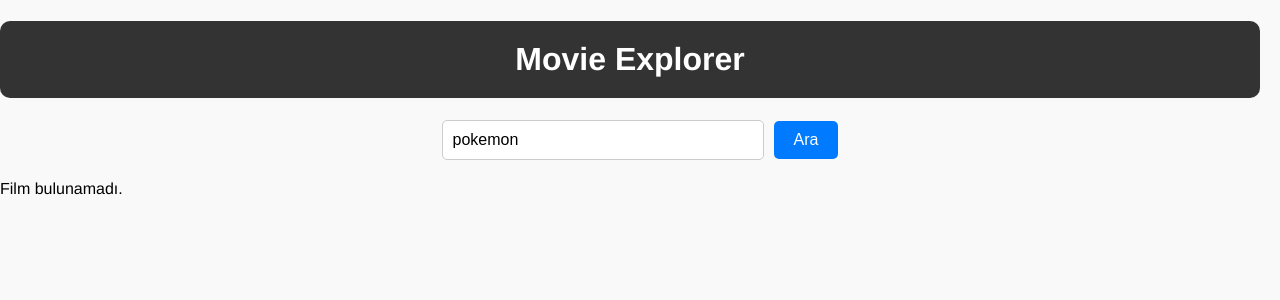
Repository: denizdizi/movie-explorer
Page: /
These files come from the project's save history. The page is drawn as it stood at one moment and after the next save; the edit follows.
The browser window is 1280 px wide. The pictures show the whole page.
The page's requests for data from a server got no answer. The project was rebuilt for these pictures with package versions that can differ from the ones it lists, and the page was loaded fresh each time. No one was signed in, and anything a server would have sent is missing. Also part of the build but not shown: src/App.css, src/components/MovieCard.js.

Above is the page before, as saved 2025-03-28 11:15:12.

### src/index.js
import React from 'react';
import ReactDOM from 'react-dom/client';
import './index.css';
import App from './App';
import reportWebVitals from './reportWebVitals';
import { Provider } from 'react-redux';
import store from "./store/store";

const root = ReactDOM.createRoot(document.getElementById('root'));
root.render(
  <Provider store={store}>
    <App />
  </Provider>
);

// If you want to start measuring performance in your app, pass a function
// to log results (for example: reportWebVitals(console.log))
// or send to an analytics endpoint. Learn more: https://bit.ly/CRA-vitals
reportWebVitals();

### src/App.js
import './App.css';
import React from "react";
import { BrowserRouter as Router, Routes, Route } from "react-router-dom";
import Home from "./pages/Home";
import "./styles/global.scss";

function App() {
  return (
    <Router>
      <Routes>
        <Route path="/" element={<Home />} />
        {/* <Route path="/movie/:id" element={<MovieDetails />} /> */}
      </Routes>
    </Router>
  );
}

export default App;

### src/store/store.js
import { createStore, applyMiddleware, combineReducers } from "redux";
import { thunk } from "redux-thunk";
import movieReducer from "./reducers";

const rootReducer = combineReducers({
  movies: movieReducer,
});

const store = createStore(rootReducer, applyMiddleware(thunk));

export default store;

### src/pages/Home.js
import React, { useEffect } from "react";
import { useDispatch, useSelector } from "react-redux";
import { fetchMovies } from "../store/actions";
import MovieList from "../components/MovieList";
import SearchBar from "../components/SearchBar";

const Home = () => {
  const dispatch = useDispatch();
  const { movies, loading, error } = useSelector((state) => state.movies);

  useEffect(() => {
    dispatch(fetchMovies("pokemon")); // Varsayılan olarak bir film listesi getir
  }, [dispatch]);

  return (
    <div>
      <h1 className="page-title">Movie Explorer</h1>
      <SearchBar />
      {loading && <p>Yükleniyor...</p>}
      {error && <p>Hata: {error}</p>}
      <MovieList movies={movies} />
    </div>
  );
};

export default Home;

### src/styles/global.scss
body {
    font-family: 'Franklin Gothic Medium', 'Arial Narrow', Arial, sans-serif;
    background-color: #f9f9f9;
}

.movie-list {
    justify-content: center;
}

.movie-line {
  display: flex;
  align-items: center;
  margin-bottom: 2em;
  background-color: #f9f9f9;
  gap: 2em;
  justify-content: center;
}

.movie-card {
  width: 200px; /* Kartın genişliği */
  height: 300px; /* Kartın yüksekliği */
  border-radius: 10px; /* Köşeleri yuvarlat */
  box-shadow: 0 4px 8px rgba(0, 0, 0, 0.2); /* Gölgelendirme */
  overflow: hidden; /* İçerik taşmasını engelle */
  background-color: #fff; /* Arka plan beyaz */
  display: flex;
  flex-direction: column; /* İçeriği dikey yerleştir */
  align-items: center;
  justify-content: flex-start; /* Başlık ve içerikler üst kısımda yer alsın */
  padding: 10px;
  border: 1px solid #ddd; /* Çerçeve */
}

.img-container {
  width: 100%; /* Konteynerin genişliği */
  height: 60%; /* Resmin yüksekliği */
  overflow: hidden;
  padding: 0; /* Paddingi sıfırlayın */
  display: flex;
  justify-content: center;
  align-items: center; /* Resmin ortalanması için */
  border-radius: 5px;
}

.img-container img {
  width: 100%;
  height: 100%;
  object-fit: cover; /* Resmi konteynere tam sığdır */
  object-position: center;
}

.movie-card h3 {
  margin-top: 10px;
  font-size: 16px;
  text-align: center;
}

@media (max-width: 700px) {
  .movie-line {
    flex-direction: column;
  }

  .img-container {
    height: 60%; /* Küçük ekranlarda img-container yüksekliğini azaltın */
  }
}

.search-bar {
    display: flex;
    align-items: center;
    justify-content: center;
    margin: 20px 0;
  }

  .input-wrapper {
    display: flex;
    position: relative;
  }

  .search-input {
    padding: 10px;
    font-size: 1rem;
    border-radius: 5px;
    border: 1px solid #ccc;
    width: 300px;
    transition: all 0.3s ease;
  }

  .search-input:focus {
    border-color: #007bff;
    outline: none;
  }

  .clear-btn {
    position: absolute;
    top: 50%;
    right: 10px;
    transform: translateY(-50%);
    background: none;
    border: none;
    font-size: 18px;
    color: #ccc;
    cursor: pointer;
    transition: color 0.3s;
  }

  .clear-btn:hover {
    color: #007bff;
  }

  .search-btn {
    padding: 10px 20px;
    background-color: #007bff;
    color: white;
    border: none;
    border-radius: 5px;
    cursor: pointer;
    margin-left: 10px;
    font-size: 1rem;
  }

  .search-btn:hover {
    background-color: #0056b3;
  }

  .page-title {
    background-color: #333; /* Başlık arkaplan rengini koyu gri yapıyoruz */
    color: #fff; /* Yazı rengini beyaz yapıyoruz */
    padding: 20px; /* Arka planın etrafına biraz boşluk ekliyoruz */
    font-size: 2em; /* Başlık boyutunu büyütüyoruz */
    margin-right: 20px; /* Yazıya sağdan biraz boşluk ekliyoruz */
    text-align: center; /* Başlığı ortalıyoruz */
    border-radius: 10px; /* Köşelere yuvarlaklık ekliyoruz */
  }

### src/store/reducers.js
import { FETCH_MOVIES_REQUEST, FETCH_MOVIES_SUCCESS, FETCH_MOVIES_FAILURE } from "./actions";

const initialState = {
  movies: [],
  loading: false,
  error: null,
};

const movieReducer = (state = initialState, action) => {
  switch (action.type) {
    case FETCH_MOVIES_REQUEST:
      return { ...state, loading: true };
    case FETCH_MOVIES_SUCCESS:
      return { ...state, loading: false, movies: action.payload };
    case FETCH_MOVIES_FAILURE:
      return { ...state, loading: false, error: action.payload };
    default:
      return state;
  }
};

export default movieReducer;

### src/store/actions.js
import { searchMovies } from "../utils/api";

export const FETCH_MOVIES_REQUEST = "FETCH_MOVIES_REQUEST";
export const FETCH_MOVIES_SUCCESS = "FETCH_MOVIES_SUCCESS";
export const FETCH_MOVIES_FAILURE = "FETCH_MOVIES_FAILURE";

export const fetchMovies = (query = "pokemon", page = 1) => async (dispatch) => {
  dispatch({ type: FETCH_MOVIES_REQUEST });

  try {
    const movies = await searchMovies(query, page);
    dispatch({ type: FETCH_MOVIES_SUCCESS, payload: movies });
  } catch (error) {
    dispatch({ type: FETCH_MOVIES_FAILURE, payload: error.message });
  }
};

### src/components/MovieList.js
import React from "react";
import MovieCard from "./MovieCard";

const MovieList = ({ movies }) => {
  if (!movies || movies.length === 0) {
    return <p>Film bulunamadı.</p>;
  }

  return (
    <div className="movie-list">
      <div className="row movie-line">
        {movies.slice(0, 5).map((movie) => (
          <MovieCard key={movie.imdbID} movie={movie} />
        ))}
      </div>
      <div className="row movie-line">
        {movies.slice(5, 10).map((movie) => (
          <MovieCard key={movie.imdbID} movie={movie} />
        ))}
      </div>
    </div>
  );
};

export default MovieList;

### src/components/SearchBar.js
import React, { useState } from "react";
import { useDispatch } from "react-redux";
import { fetchMovies } from "../store/actions";

const SearchBar = () => {
  const [query, setQuery] = useState("pokemon");
  const dispatch = useDispatch();

  const handleSearch = (e) => {
    e.preventDefault();
    if (query.trim() !== "") {
      dispatch(fetchMovies(query));
    }
  };

  return (
    <form onSubmit={handleSearch} className="search-bar">
      <div className="input-wrapper">
        <input
          type="text"
          placeholder="Film ara..."
          value={query}
          onChange={(e) => setQuery(e.target.value)}
          className="search-input"
        />
      </div>
      <button type="submit" className="search-btn">
        Ara
      </button>
    </form>
  );
};

export default SearchBar;

### src/utils/api.js
import axios from "axios";

const API_KEY = "df54e6ed";
const BASE_URL = "https://www.omdbapi.com/";

export const searchMovies = async (text = "pokemon", page = 1) => {
  try {
    const response = await axios.get(BASE_URL, {
      params: {
        apikey: API_KEY,
        s: text,
        page: page,
      },
    });
    return response.data.Search;
  } catch (error) {
    console.error("Film arama hatası:", error);
    return [];
  }
};

export const getMovieDetails = async (movieID) => {
  try {
    const response = await axios.get(BASE_URL, {
      params: {
        apikey: API_KEY,
        i: movieID,
      },
    });
    return response.data;
  } catch (error) {
    console.error("Film detaylarını getirme hatası:", error);
    return null;
  }
};

Loaded but not shown: public/index.html (common file); src/index.css (common file); src/reportWebVitals.js (common file); src/styles/movie.scss (no stored copy; drawn as an empty file)

After the next save:
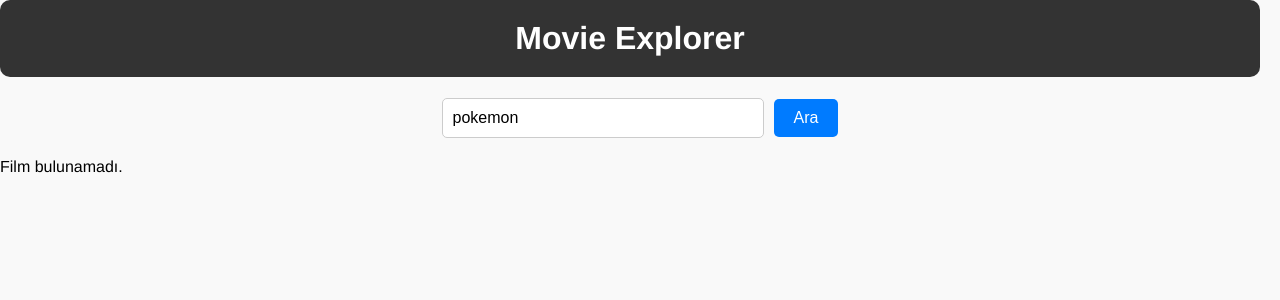
Saved 66 s later.
--- a/src/styles/global.scss
+++ b/src/styles/global.scss
@@ -131,4 +131,5 @@ body {
     margin-right: 20px; /* Yazıya sağdan biraz boşluk ekliyoruz */
     text-align: center; /* Başlığı ortalıyoruz */
     border-radius: 10px; /* Köşelere yuvarlaklık ekliyoruz */
+    margin-top: 0;
   }
